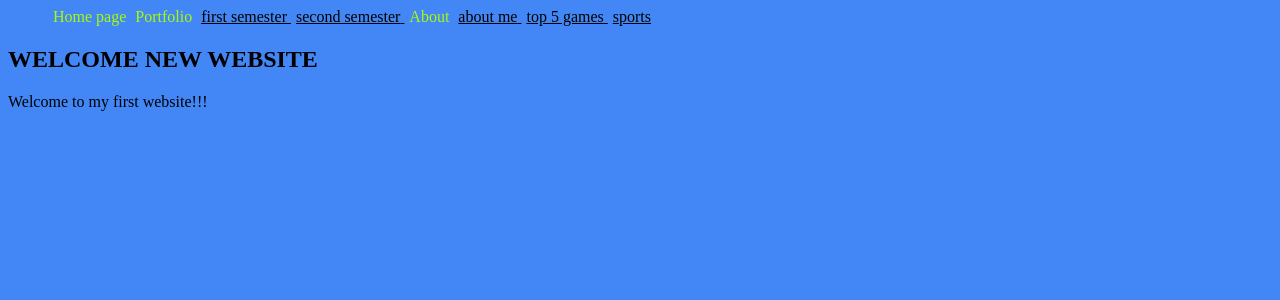
Repository: KevinBach02/KevinBach02.github.io
Page: index.html
The author's editor kept a record of every edit. The page is drawn from the files as they stood at one moment, then again after the next edit.
The browser window is 1280 px wide. The pictures show the whole page.

Above is the page before.

### index.html
<html>
    <head>
        <title>Home</title>
        <link rel="stylesheet" href="./styles/style.css">

    </head>

    <body>
       <ul>
       <li><a href="index.html">Home page</a></li>
       <li><a href="portfolio">Portfolio</a>
           <u>
            <li>first semester</li>
            <li>second semester</li>
           </u>
       </li>
       <li><a href="about.html">About</a>
           <u>
            <li>about me</li>
            <li>top 5 games</li>
            <li>sports</li>
           </u>
       </li>
       </ul>


        <h2>WELCOME NEW WEBSITE</h2>
        <p>Welcome to my first website!!!</p>

    </body>


</html>

### styles/style.css
body{
    background-color:#4287f5;
    list-style:none;
}

a{
  color:#a6fc05;
  text-decoration: none;
}

li{
    display:inline;
    padding-left:5px;
}

After the next edit:
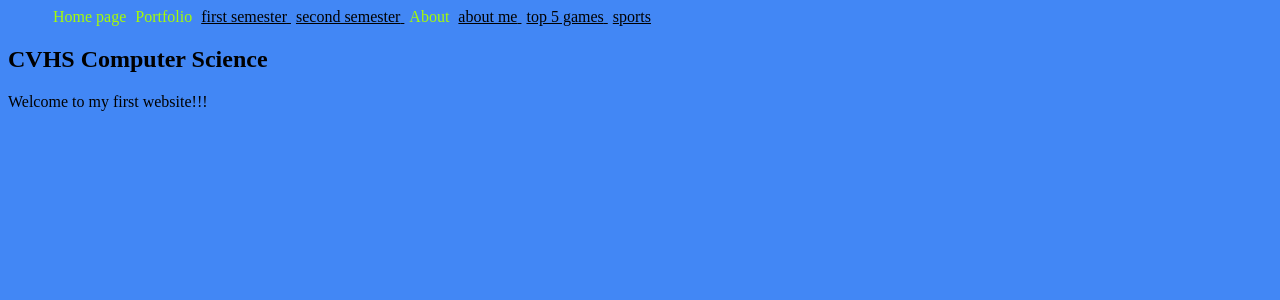
The edit:
--- a/index.html
+++ b/index.html
@@ -24,7 +24,7 @@
        </ul>
 
 
-        <h2>WELCOME NEW WEBSITE</h2>
+        <h2>CVHS Computer Science</h2>
         <p>Welcome to my first website!!!</p>
 
     </body>
